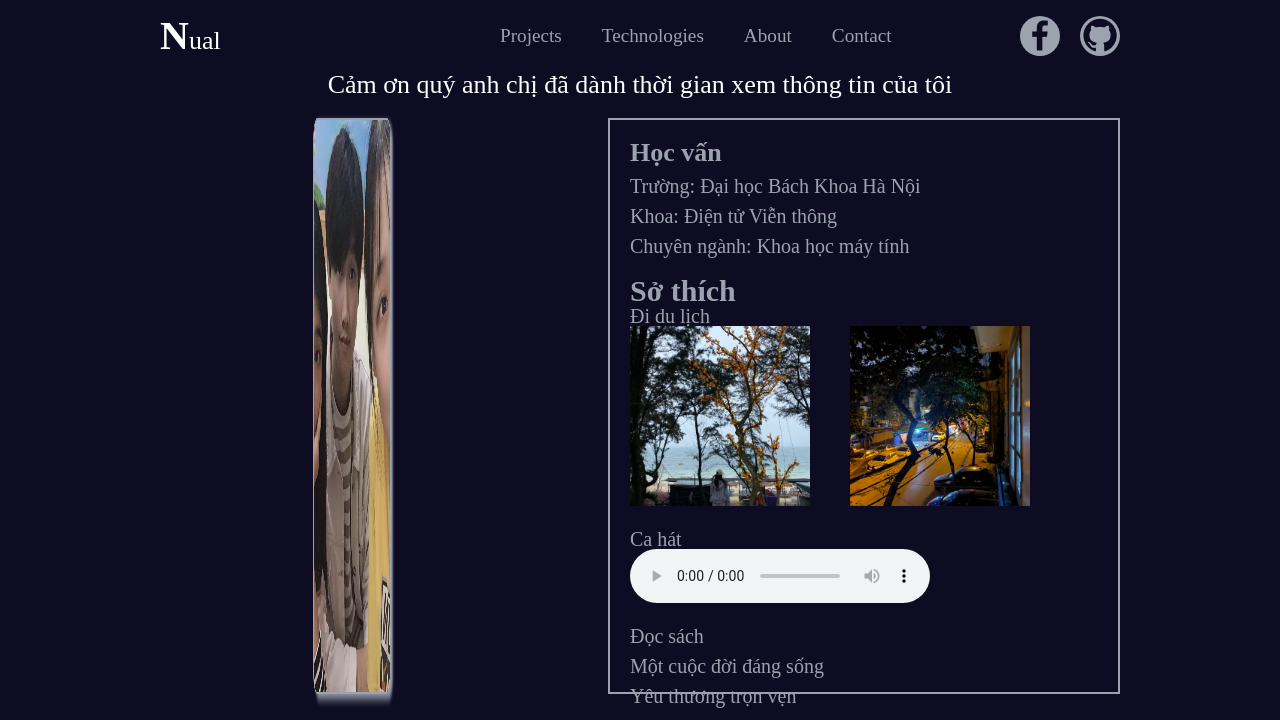
Repository: luanhoang0902/profile-react
Page: /
The author's editor kept a copy of each file at every save. The page is drawn from the files as they stood at one save, then again after the next save.
The browser window is 1280 px wide. The pictures show the whole page.
The pointer rests on the first visible `.home-image img`.
The project was rebuilt for these pictures with package versions that can differ from the ones it lists, and the page was loaded fresh each time. Also part of the build but not shown: src/css/Projects.css, src/features/Projects.jsx, src/css/Technologies.css, src/features/Technologies.jsx, src/css/About.css, src/features/About.jsx, src/css/Contact.css, src/features/Contact.jsx.

Above is the page before, as saved 2022-05-22 19:49:45.

### public/index.html
<!DOCTYPE html>
<html lang="en">
  <head>
    <meta charset="utf-8" />
    <link rel="icon" href="%PUBLIC_URL%/favicon.ico" />
    <meta name="viewport" content="width=device-width, initial-scale=1" />
    <meta name="theme-color" content="#000000" />
    <meta
      name="description"
      content="Web site created using create-react-app"
    />
    <link rel="apple-touch-icon" href="%PUBLIC_URL%/logo192.png" />
    <!--
      manifest.json provides metadata used when your web app is installed on a
      user's mobile device or desktop. See https://developers.google.com/web/fundamentals/web-app-manifest/
    -->
    <link rel="manifest" href="%PUBLIC_URL%/manifest.json" />
    <!--
      Notice the use of %PUBLIC_URL% in the tags above.
      It will be replaced with the URL of the `public` folder during the build.
      Only files inside the `public` folder can be referenced from the HTML.

      Unlike "/favicon.ico" or "favicon.ico", "%PUBLIC_URL%/favicon.ico" will
      work correctly both with client-side routing and a non-root public URL.
      Learn how to configure a non-root public URL by running `npm run build`.
    -->
    <link rel="stylesheet"
    href="https://cdn.jsdelivr.net/npm/boxicons@latest/css/boxicons.min.css">
    <!-- or -->
    <link rel="stylesheet"
    href="https://unpkg.com/boxicons@latest/css/boxicons.min.css">
    <title>React App</title>
  </head>
  <body>
    <noscript>You need to enable JavaScript to run this app.</noscript>
    <div id="root"></div>
    <!--
      This HTML file is a template.
      If you open it directly in the browser, you will see an empty page.

      You can add webfonts, meta tags, or analytics to this file.
      The build step will place the bundled scripts into the <body> tag.

      To begin the development, run `npm start` or `yarn start`.
      To create a production bundle, use `npm run build` or `yarn build`.
    -->
  </body>
</html>

### src/App.js
import './App.css';
import Intro from './components/Intro';
import Header from './components/Header'
import { Route, Routes } from 'react-router-dom';
import Projects from './features/Projects';
import Technologies from './features/Technologies';
import About from './features/About';
import Contact from './features/Contact';
import Home from './components/Home';

function App() {
  return (
    <div className="App" style = {{background: '#0d0c22', color: '#fff',overflow: 'hidden'}}>
      {/* <Intro/> */}
      <Header/>
      <Routes>
        <Route path = '/' element = {<Intro/>} exact />
        <Route path = '/Projects' element = {<Projects/>} exact />
        <Route path = '/Technologies' element = {<Technologies/>} exact />
        <Route path = '/About' element = {<About/>} exact />
        <Route path = '/Contact' element = {<Contact/>} exact />
      </Routes>
      <Home/>
    </div>
  );
}

export default App;

### src/App.css
/* http://meyerweb.com/eric/tools/css/reset/
   v2.0 | 20110126
   License: none (public domain)
*/
* {
	box-sizing: border-box;
}

html, body, div, span, applet, object, iframe,
h1, h2, h3, h4, h5, h6, p, blockquote, pre,
a, abbr, acronym, address, big, cite, code,
del, dfn, em, img, ins, kbd, q, s, samp,
small, strike, strong, sub, sup, tt, var,
b, u, i, center,
dl, dt, dd, ol, ul, li,
fieldset, form, label, legend,
table, caption, tbody, tfoot, thead, tr, th, td,
article, aside, canvas, details, embed,
figure, figcaption, footer, header, hgroup,
menu, nav, output, ruby, section, summary,
time, mark, audio, video {
	margin: 0;
	padding: 0;
	border: 0;
	font-size: 100%;
	font: inherit;
	vertical-align: baseline;
}
/* HTML5 display-role reset for older browsers */
article, aside, details, figcaption, figure,
footer, header, hgroup, menu, nav, section {
	display: block;
}
body {
	line-height: 1;
}
ul {
	list-style: none;
}
blockquote, q {
	quotes: none;
}
blockquote:before, blockquote:after,
q:before, q:after {
	content: '';
	content: none;
}
table {
	border-collapse: collapse;
	border-spacing: 0;
}

### src/components/Intro.jsx
import React, { useEffect, useRef } from 'react';
import PropTypes from 'prop-types';

import "../css/Intro.css"

Intro.propTypes = {

};

function Intro(props) {

    const intro = useRef()

    useEffect(() => {
        console.log(intro.current)
        setTimeout(() => {
            intro.current.classList.add('up')
        },4000)
    },[])

    return (
        <div className="intro" ref = {intro}>
            <span className="text-1">
                <div></div>
            </span>
            <span className="text-2">P</span>
            <span className="text-3">E</span>
            <span className="text-4">N</span>
        </div>
    );
}

export default Intro;

### src/components/Header.jsx
import React, { useEffect, useRef } from "react";
import PropTypes from "prop-types";

import "../css/Header.css";
import { Link } from "react-router-dom";

Header.propTypes = {};

function Header(props) {
  const varHeader = useRef();

  useEffect(() => {
    window.addEventListener("scroll", (event) => {
      let scrollY = window.scrollY;
      scrollY > 180
        ? varHeader.current.classList.add("abc")
        : varHeader.current.classList.remove("abc");
    });
  }, []);

  return (
    <div className="header" ref={varHeader}>
      <div className="header__content">
        <div className="header__one"><Link to="/" style = {{textDecoration: "none", color:'var(--white)'}}>Nual</Link></div>
        <div className="header__two">
          <div>
            <Link to="/Projects" style = {{textDecoration: "none", color: 'var(--gray)'}}>Projects</Link>
          </div>
          <div>
            <Link to="/Technologies" style = {{textDecoration: "none", color: 'var(--gray)'}}>Technologies</Link>
          </div>
          <div>
            <Link to="/About" style = {{textDecoration: "none", color: 'var(--gray)'}}>About</Link>
          </div>
          <div>
            <Link to="/Contact" style = {{textDecoration: "none", color: 'var(--gray)'}}>Contact</Link>
          </div>
        </div>
        <div className="header__three">
          <a href="https://www.facebook.com/profile.php?id=100029577947626">
            <i class="bx bxl-facebook"></i>
          </a>
          <a href = 'https://github.com/luanhoang0902 '>
            <i class="bx bxl-github"></i>
          </a>
        </div>
      </div>
    </div>
  );
}

export default Header;

### src/components/Home.jsx
import React from 'react';
import PropTypes from 'prop-types';

import "../css/Home.css"

Home.propTypes = {

};

function Home(props) {
    return (
        <div className="home">
            <span style={{fontSize: 26}}>Cảm ơn quý anh chị đã dành thời gian xem thông tin của tôi</span>
            <div className="home-content">
            <div className="home-image">
            <img src = './avatar.jpg'/>
            </div>
            <div className="home-infomation">
                <div className="home-infomation__Education">
                    <span>Học vấn</span>
                    <p>Trường: Đại học Bách Khoa Hà Nội</p>
                    <p>Khoa: Điện tử Viễn thông</p>
                    <p>Chuyên ngành: Khoa học máy tính</p>
                </div>
                <div className="home-infomation__favorite">
                <span style={{fontSize: 30}}>Sở thích</span>
                <div>
                <b>Đi du lịch</b><br/>
                <img src = './coto.png'/>
                <img src = './hanoi.png'/>
                </div>
                <div>
                <b>Ca hát</b><br/>
                <audio src = './autotool.m4a' controls></audio>
                </div>
                <div>
                <b>Đọc sách</b>
                <p>Một cuộc đời đáng sống</p>
                <p>Yêu thương trọn vẹn</p>
                </div>
                </div>
                <div className="home-infomation__dream"></div>

            </div>
            </div>
        </div>
    );
}

export default Home;

### src/css/Intro.css
@import url(./variable.css);

.intro {
    position: fixed;

    height: 100vh;
    width: 100vw;
    background-color: var(--black);

    color: var(--white);
    text-align: center;
    line-height: 100vh;

    font-size: 60px;
    font-weight: 600;
    transition: all 2s ease-out;
    z-index: 100;
}
.up {
    transform: translateY(-100%);
    opacity: 0;
}
.intro  span {
    display: inline-block;
}
.text-1 {
    display: inline-block;

    height: 50px;
    width: 50px;
    background-color: white;

    border: 5px solid var(--white);
    border-radius: 50%;

    animation: up 2s  infinite linear;
}
.text-2 {
    animation: up 2s  infinite linear 0.25s;
}
.text-3 {
    animation: up 2s  infinite linear 0.5s;
}
.text-4 {
    animation: up 2s  infinite linear 0.75s;
}
.text-1 div {
    height: 30px;
    width: 30px;
    background-color: white;

    border: 10px solid var(--black);
    border-right: transparent solid 10px;
    border-radius: 50%;

    animation: xoay 5s  infinite linear;
}
/* .in {
    height: 20px;
    width: 20px;
    background-color: white;

    border-right: 10px solid var(--black);
    border-radius: 50%;
} */

@keyframes xoay {
    from {
        transform: rotate(0);
    }
    to{
        transform: rotate(360deg);
    }
}

@keyframes up {
    0% {
        transform: translateY(0px);
    }
    50% {
        transform: translateY(-20px);
    }
    100% {
        transform: translateY(0px);
    }
}

@keyframes non1 {
    to{
        transform: translateY(-100%);
    }
}

### src/css/Header.css
@import url(./variable.css);

.header {
    position: fixed;

    height: 10vh;
    width: 100vw;

}
.abc {
    background-color: var(--black)
}
.header__content {
    display: flex;

    height: 100%;
    width: 75vw;

    margin: 0 auto;
}
.header__content div {
    height: 100%;
    width: 25vw;

    line-height: 10vh;
}
.header__one {
    font-size: 26px;
}
.header__one::first-letter {
    font-size: 40px;
    font-weight: 600;
}
.header__two {
    display: flex;
}
.header__two div {
    color: var(--gray);
    font-size: 1.2rem;

    transition: all 0.5s ease;
    margin: 0 20px;
}
.header__two div:hover {
    color: var(--white);
    transform: scale(1.2);
    cursor: pointer;
}
.header__three div:hover {
    background-color: var(--white);
    transform: scale(1.2);
    cursor: pointer;
}
.header__three {
    display: flex;
    align-items: center;
    justify-content: flex-end;
}
.header__three a {
    height: 40px;
    width: 40px;
    background-color: var(--gray);

    border-radius: 50%;
    margin-left: 20px ;

    color: var(--black);
    font-size: 40px;
    text-align: center;
    line-height:40px;

}

### src/css/Home.css
.home {
    height: 100vh;
    width: 75vw;


    margin: 0 auto;
    padding-top: 10vh;
    text-align: center;
}
.home-content {
    display: flex;
    justify-content: space-between;

    margin-top: 20px;
}
.home-image img {
    height: 80vh;
    width: 30vw;

    object-fit: cover;
    border-radius: 20px;
    border: 2px solid var(--gray);
    box-shadow: 10px 5px 10px var(--gray);
    transition: all 2s ease-in-out;
}
.home-image img:hover{
    transform: rotateY(90deg);
}
.home-infomation {
    height: 80vh;
    width: 40vw;

    border: 2px solid var(--gray);

    color: var(--gray);
    font-size: 20px;
    text-align: left;
    padding: 20px;

}
.home-infomation span {
    font-size: 26px;
    font-weight: 600;
}
.home-infomation p {
    padding-top: 10px;
}
.home-infomation b {

}
.home-infomation div {
    margin-bottom: 20px;
}
.home-infomation__favorite img {
    height:180px;
    width:180px;

    object-fit: cover;
    margin-right: 40px;
}

### src/css/variable.css
:root {
    --black: #0d0c22;
    --white: white;
    --gray: #9ca3af;
}

Loaded but not shown: src/index.js (common file); public/manifest.json (common file)

After the next save:
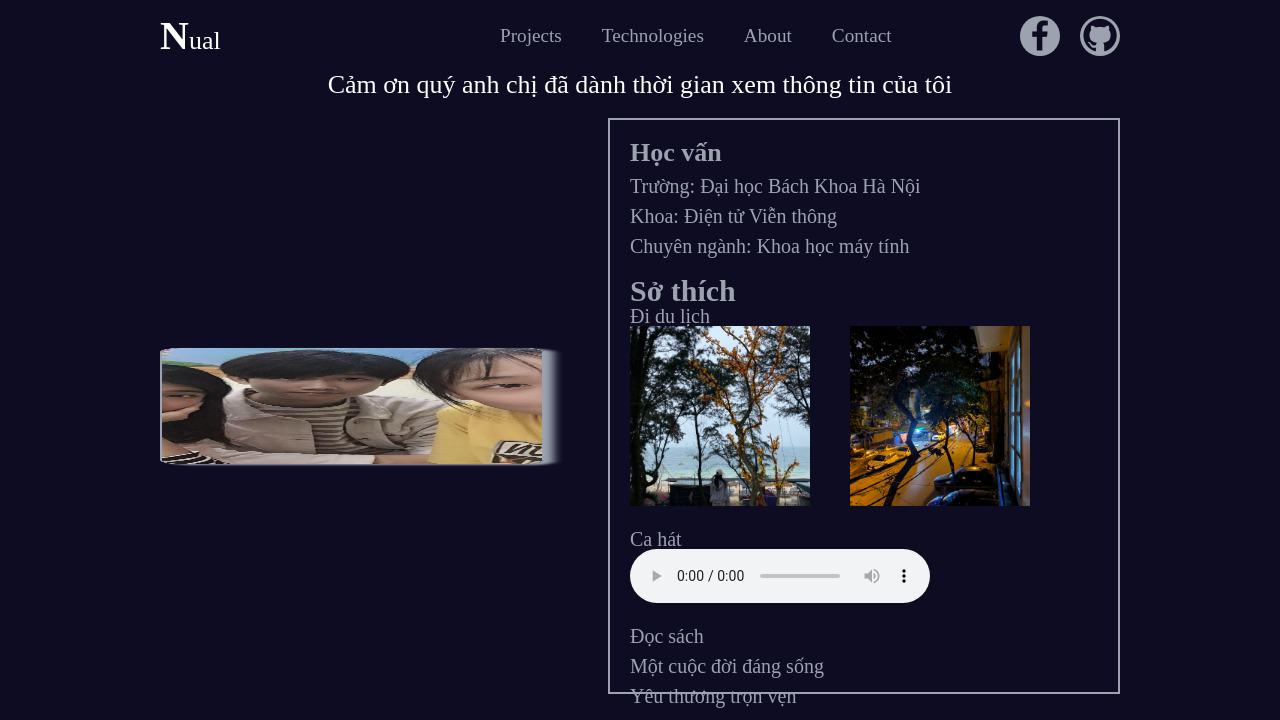
Saved 41 s later.
--- a/src/css/Home.css
+++ b/src/css/Home.css
@@ -25,6 +25,7 @@
 }
 .home-image img:hover{
     transform: rotateY(90deg);
+    transform: rotateX(90deg);
 }
 .home-infomation {
     height: 80vh;

After the save that followed:
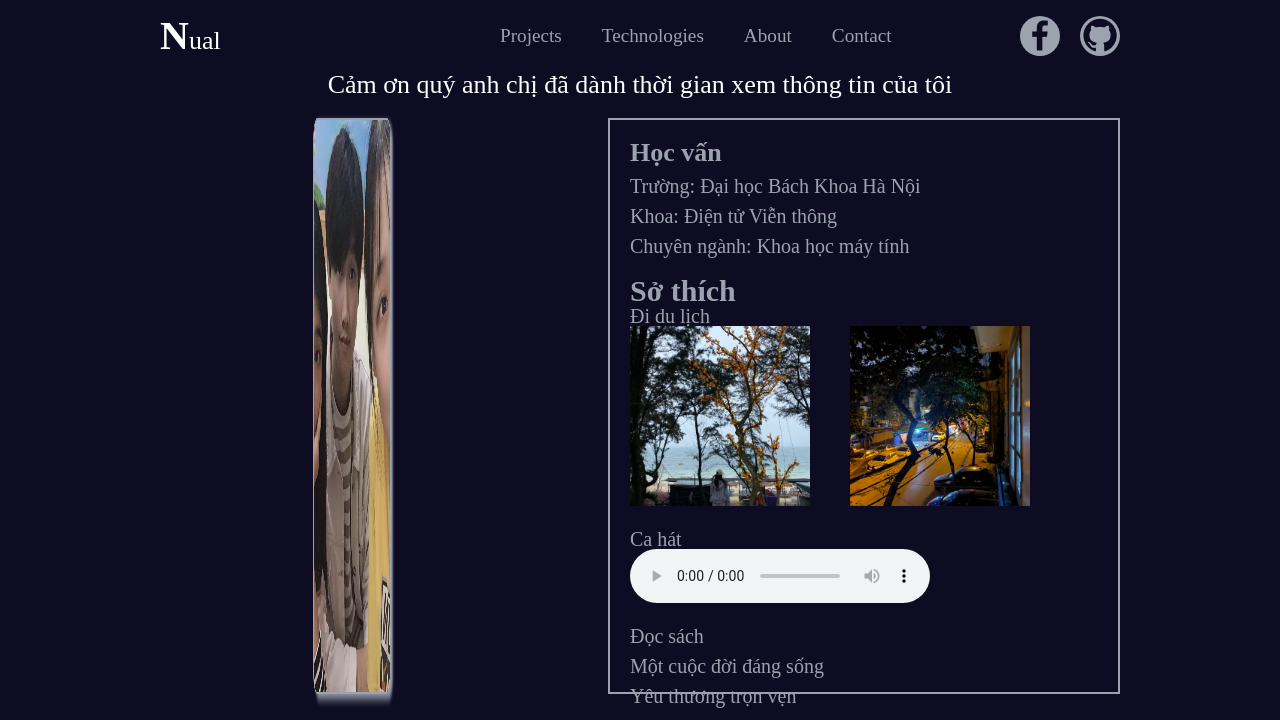
Saved 13 s later.
--- a/src/css/Home.css
+++ b/src/css/Home.css
@@ -25,7 +25,6 @@
 }
 .home-image img:hover{
     transform: rotateY(90deg);
-    transform: rotateX(90deg);
 }
 .home-infomation {
     height: 80vh;
